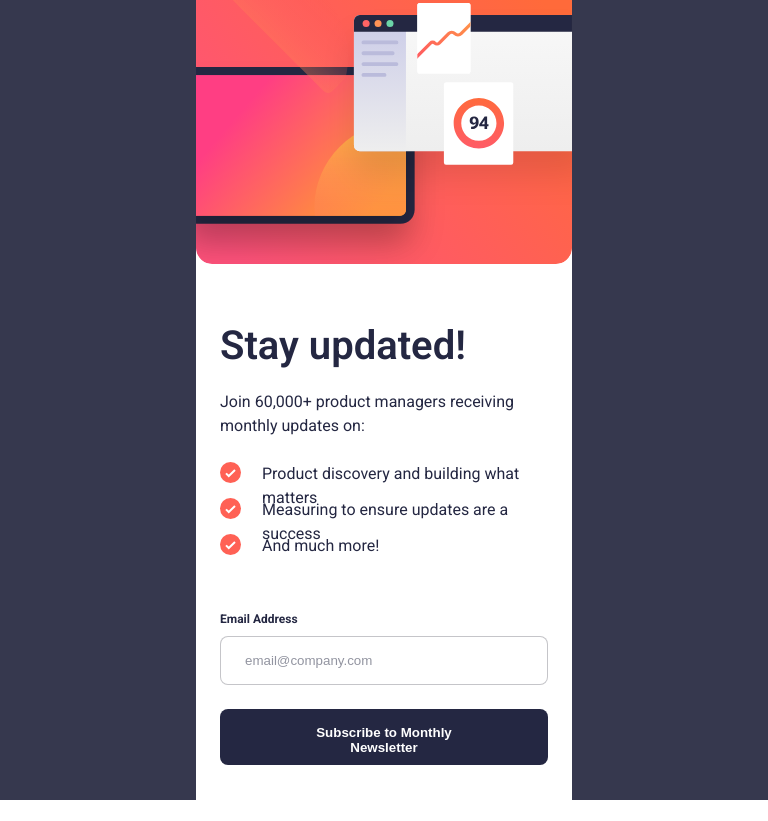
Repository: brandontaylor1/newsletter-signup
Page: index.html
An editor plug-in stored every save of this project. The page is shown before and after the next save, followed by the edit.
The browser window is 768 px wide. The pictures show the whole page.

Above is the page before, as saved 2025-01-20 09:46:14.

### index.html
<!DOCTYPE html>
<html lang="en">
<head>
    <meta charset="UTF-8">
    <meta name="viewport" content="width=device-width, initial-scale=1.0">
    <link rel="preconnect" href="https://fonts.googleapis.com">
    <link rel="preconnect" href="https://fonts.gstatic.com" crossorigin>
    <link href="https://fonts.googleapis.com/css2?family=Roboto:ital,wght@0,100..900;1,100..900&display=swap" rel="stylesheet">
    <link rel="stylesheet" href="styles.css">
    <title>Newsletter Sign Up</title>
</head>
<body>
    <main class="container">
        <div class="card">
            <div class="card-content">
                <div class="card-content-text">
                    <h1>Stay updated!</h1>
                    <p>Join 60,000+ product managers receiving monthly updates on: </p>
                    <ul class="card-content-list">
                        <div class="list-item">
                            <img src="./assets/images/icon-list.svg" alt="list-image1">
                            <li>Product discovery and building what matters</li>
                        </div>
                        <div class="list-item">
                            <img src="./assets/images/icon-list.svg" alt="list-image2">
                            <li>Measuring to ensure updates are a success</li>
                        </div>
                        <div class="list-item">
                            <img src="./assets/images/icon-list.svg" alt="list-image3">
                            <li>And much more!</li>
                        </div>
                    </ul>
                    <form id="form">
                        <div>
                            <div class="label-content">
                                <label for="email" id="email-label">Email Address</label><br>
                                <span id="email-error" class="error-message"></span>
                            </div>
                            <input type="text" id="email" name="email" placeholder="email@company.com">
                        </div>
                        <button class="submit-btn">Subscribe to Monthly Newsletter</button>
                    </form>
                </div>
            </div>
            <div class="card-image">
                <img src="./assets/images/illustration-sign-up-desktop.svg" class="responsive-image" alt="desktop image">
            </div>
        </div>
    </main>


    <script type="text/javascript" src="https://unpkg.com/validator.tool/dist/validator.min.js"></script>
    <script src="index.js"></script>
</body>
</html>

### styles.css
* {
    margin: 0;
    padding: 0;
    box-sizing: border-box;
}

:root {
    /* COLORS */

    --primary-color-tomato: hsl(4, 100%, 67%);
    --neutral-color-white: hsl(0, 0%, 100%);
    --neutral-color-darkGray: hsl(234, 29%, 20%);
    --neutral-color-charcoalGray: hsl(235, 18%, 26%);
    --neutral-color-gray: hsl(231, 7%, 60%);

    /* FONTS */
    --fontWeight-regular: 400;
    --fontWeight-heavy: 700;
}

body {
    font-family: "Roboto", sans-serif;
    font-size: 16px;
    line-height: 1.5;
}

.container {
    width: 100%;
    height: 100vh;
    background-color: var(--neutral-color-charcoalGray);
    display: flex;
    justify-content: center;
    align-items: center;
}

.card {
    height: 641px;
    width: 928px;
    background-color: var(--neutral-color-white);
    border-radius: 36px;
    display: grid;
    grid-template-columns: 1fr auto;
    grid-template-rows: 1fr;
    padding: 24px;
}

.card-content {
    display: flex;
    flex-direction: column;
    justify-content: center;
    align-items: center;
    padding: 40px;
    order: 1;

}

.card-image {
    order: 2;
}

.card-content-text {
    height: 446px;
    width: 376px;
    display: flex;
    flex-direction: column;
    align-items: left;
}

.card-content h1 {
    color: var(--neutral-color-darkGray);
    font-feature-settings: 'liga' off, 'clig' off;

    /* Heading */
    font-family: Roboto;
    font-size: 56px;
    font-style: normal;
    font-weight: 700;
    line-height: 100%; /* 56px */
}

.card-content p {
    padding: 24px 0;
    color: var(--neutral-color-darkGray);
    font-size: 16px;
    font-weight: 400;
    line-height: 150%; /* 24px */
    font-family: "Roboto", sans-serif;
}

.card-content-list {
    list-style-type: none;
}

.card-content-list li {
    margin-left: 21px;
    padding-bottom: 10px;
    color: var(--neutral-color-darkGray);
    font-family: Roboto;
    font-size: 16px;
    font-style: normal;
    font-weight: 400;
    line-height: 150%; /* 24px */
}

.list-item {
    width: 100%;
    height: 24px;
    display: flex;
    margin-bottom: 10px;
}

.list-item img {
    height: 21px;
    width: 21px;
}

#form {
    margin-top: 40px;
}

label {
    color: var(--Dark-Navy, #242742);
    font-family: Roboto;
    font-size: 12px;
    font-style: normal;
    font-weight: 700;
    line-height: 150%; /* 18px */
    margin-bottom: 8px;
}


.label-content {
    display: flex;
    justify-content: space-between;
    align-items: center;
}

#email-error {
    color: var(--primary-color-tomato);
    font-family: Roboto;
    font-size: 12px;
    font-style: normal;
    font-weight: 700;
    line-height: 150%; /* 18px */
}


#email {
    width: 100%;
    border-radius: 8px;
    border: 1px solid var(--grey-25, rgba(25, 24, 43, 0.25));
    padding: 16px 24px;
}

#email::placeholder {
    color: var(--neutral-color-gray);
}

.submit-btn {
    margin-top: 24px;
    width: 100%;
    height: 56px;
    padding: 16px 71px;
    border-radius: 8px;
    font-weight: 700;
    border: none;
    background: var(--neutral-color-darkGray);
    color: var(--neutral-color-white);
    cursor: pointer;
}

.submit-btn:hover {
    border-radius: 8px;
    background: var(--Gradient-1, linear-gradient(204deg, #FF6A3A 0%, #FF527B 100%));
    box-shadow: 0px 16px 32px 0px rgba(255, 97, 85, 0.50);
    cursor: pointer;
    transition: all 0.3s ease;
}

.card-image img {
    object-fit: contain;
    width: 400px;
}

.responsive-image {
    content: url("./assets/images/illustration-sign-up-desktop.svg")
}

/* Responsive */

@media screen and (max-width: 800px) {
    .card {
        grid-template-columns: 1fr;
        grid-template-rows: auto 1fr;
    }

    .responsive-image {
        content: url("./assets/images/illustration-sign-up-mobile.svg");
        width: 100%;
    }

    .card {
        padding: 0;
        width: 376px;
        height: 842px;
        border-radius: 0px;
    }

    .card-content {
        order: 2;
        padding: 0px;
    }

    .card-content-text {
        height: 446px;
        width: 376px;
        padding: 40px 24px;
        display: flex;
        flex-direction: column;
        align-items: left;
        justify-content: center;
    }

    .card-content h1 {
        font-size: 40px;
        line-height: 100%; /* 40px */
    }
    .card-content-text h1 {
        color: var(--Dark-Navy, #242742);
        font-feature-settings: 'liga' off, 'clig' off;
        font-family: Roboto;
        font-size: 40px;
        font-style: normal;
        font-weight: 600;
        line-height: 100%; /* 40px */
    }

    .list-item {
        width: 100%;
        height: 24px;
        display: flex;
        margin-bottom: 12px;
    }

    .list-item li{
        color: var(--Dark-Navy, #242742);
        font-family: "Roboto", sans-serif;
        font-size: 16px;
        font-style: normal;
        font-weight: 400;
        line-height: 150%; /* 24px */
    }

    .card-image {
        order: 1;
    }

    .card-image img {
        object-fit: cover;
        width: 100%;

    }


}

### index.js
const form = document.querySelector('form');

const validateEmail = (email) => {
    const re = /^[^\s@]+@[^\s@]+\.[^\s@]+$/;
    return re.test(String(email).toLowerCase());
};

form.onsubmit = (e) => {
    e.preventDefault();
    const email = document.getElementById('email').value;
    const emailErrorElement = document.getElementById('email-error');
    let isValid = true;

    if (!validateEmail(email)) {
        emailErrorElement.textContent = 'Valid Email Required!';
        isValid = false;
    } else {
        emailErrorElement.textContent = '';
    }

    if (isValid) {
        // No errors, proceed with form submission
        const values = { email };
        console.log(values);
        form.reset();
        window.location.href = 'success.html';
    }
};

form.onreset = (evn) => {
    // Clear error messages
    document.querySelectorAll('.error-message').forEach(el => el.textContent = '');
};

After the next save:
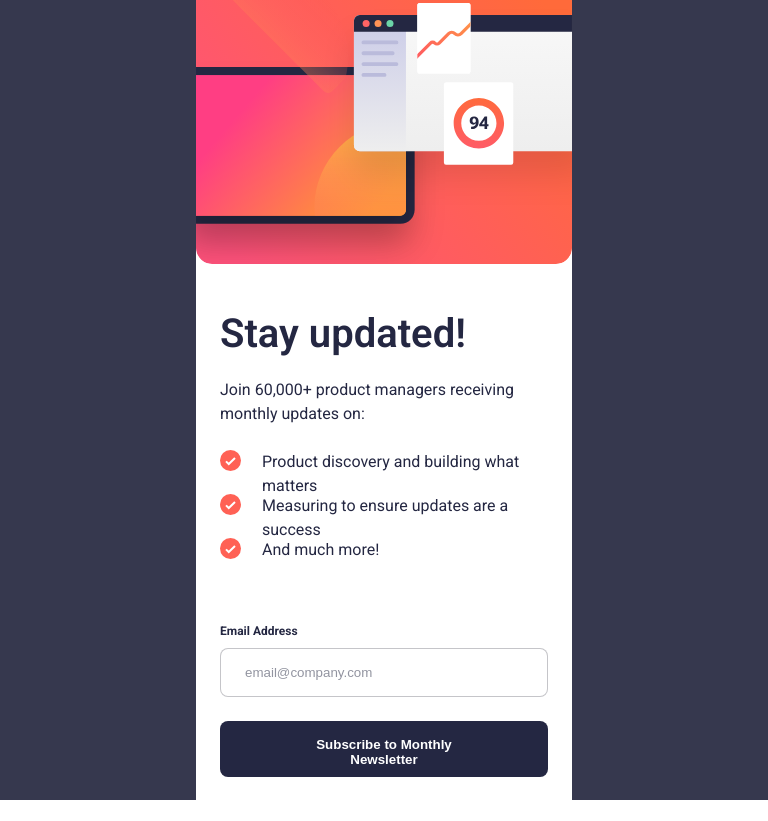
Saved 48 s later.
--- a/styles.css
+++ b/styles.css
@@ -236,10 +236,7 @@ label {
     }
 
     .list-item {
-        width: 100%;
-        height: 24px;
-        display: flex;
-        margin-bottom: 12px;
+      margin-bottom: 20px;
     }
 
     .list-item li{
